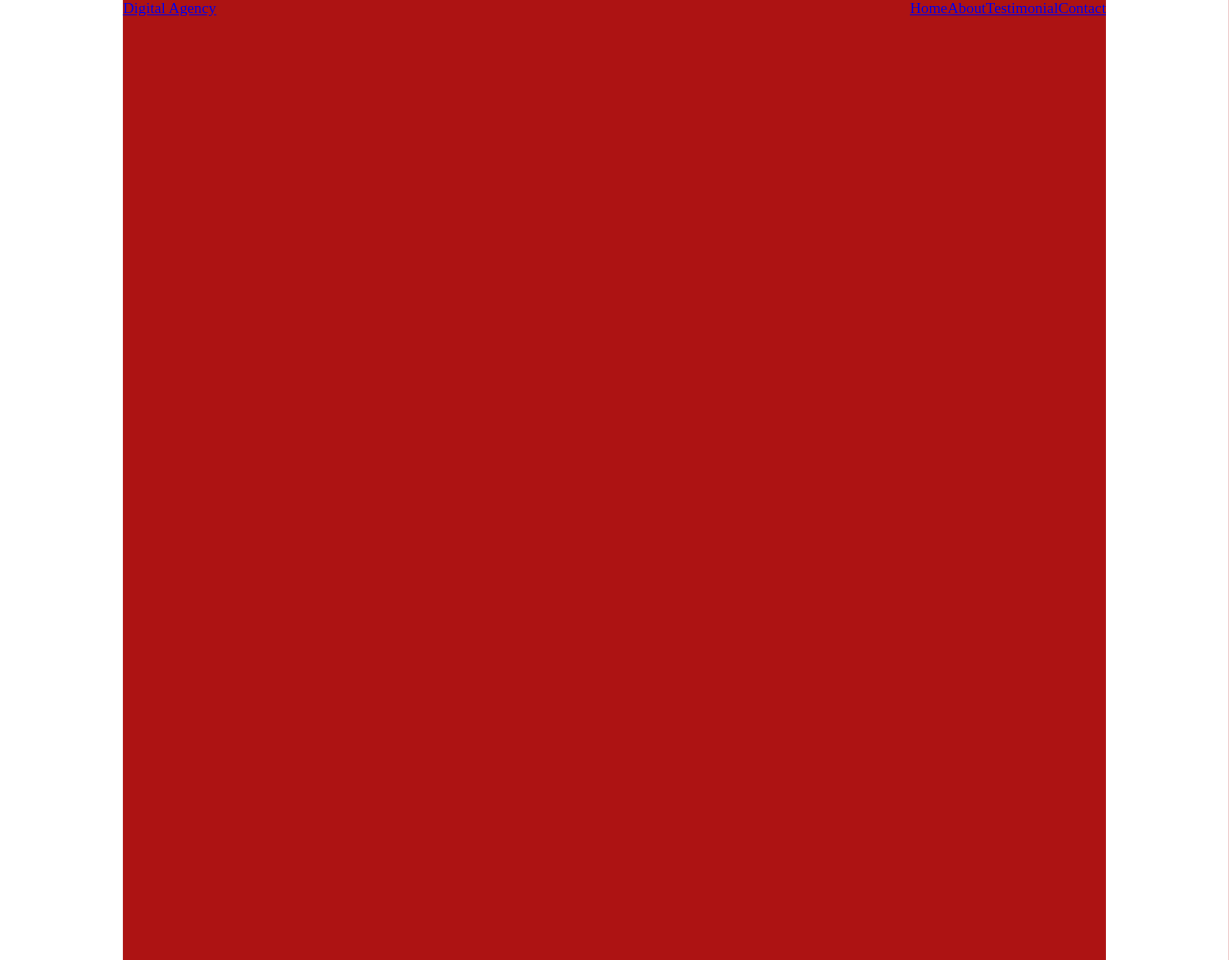
Repository: ThuatDev/fullstack_devc
Page: index.html
These files come from the project's save history. The page is drawn as it stood at one moment and after the next save; the edit follows.
The browser window is 1280 px wide. The pictures show the whole page, at 96% of full size.

Above is the page before, as saved 2022-11-09 15:51:30.

### index.html
<!DOCTYPE html>
<html lang="en">
  <head>
    <meta charset="UTF-8" />
    <meta http-equiv="X-UA-Compatible" content="IE=edge" />
    <meta name="viewport" content="width=device-width, initial-scale=1.0" />
    <link rel="stylesheet" href="./index.css" />
    <title>Digital Agency</title>
  </head>
  <body>
    <div class="container">
      <div class="navbar">
        <div class="navbar__left">
          <p class="navbar__left-logo">
            <a href="#">Digital Agency</a>
          </p>
        </div>
        <div class="navbar__right">
          <ul class="navbar__right-list">
            <li><a href="#">Home</a></li>
            <li><a href="#">About</a></li>
            <li><a href="#">Testimonial</a></li>
            <li><a href="#">Contact</a></li>
          </ul>
        </div>
      </div>
    </div>
  </body>
</html>

### index.css
* {
  padding: 0;
  margin: 0;
  box-sizing: border-box;
}
.container {
  width: 80%;
  height: 1000px;
  background-color: #ad1313;
  margin: 0 auto;
}

/* nav bar*/
.navbar {
  display: flex;
  justify-content: space-between;
}
.navbar > .navbar__right > .navbar__right-list {
  display: flex;
}
.navbar > .navbar__right > .navbar__right-list li {
  list-style: none;
}

After the next save:
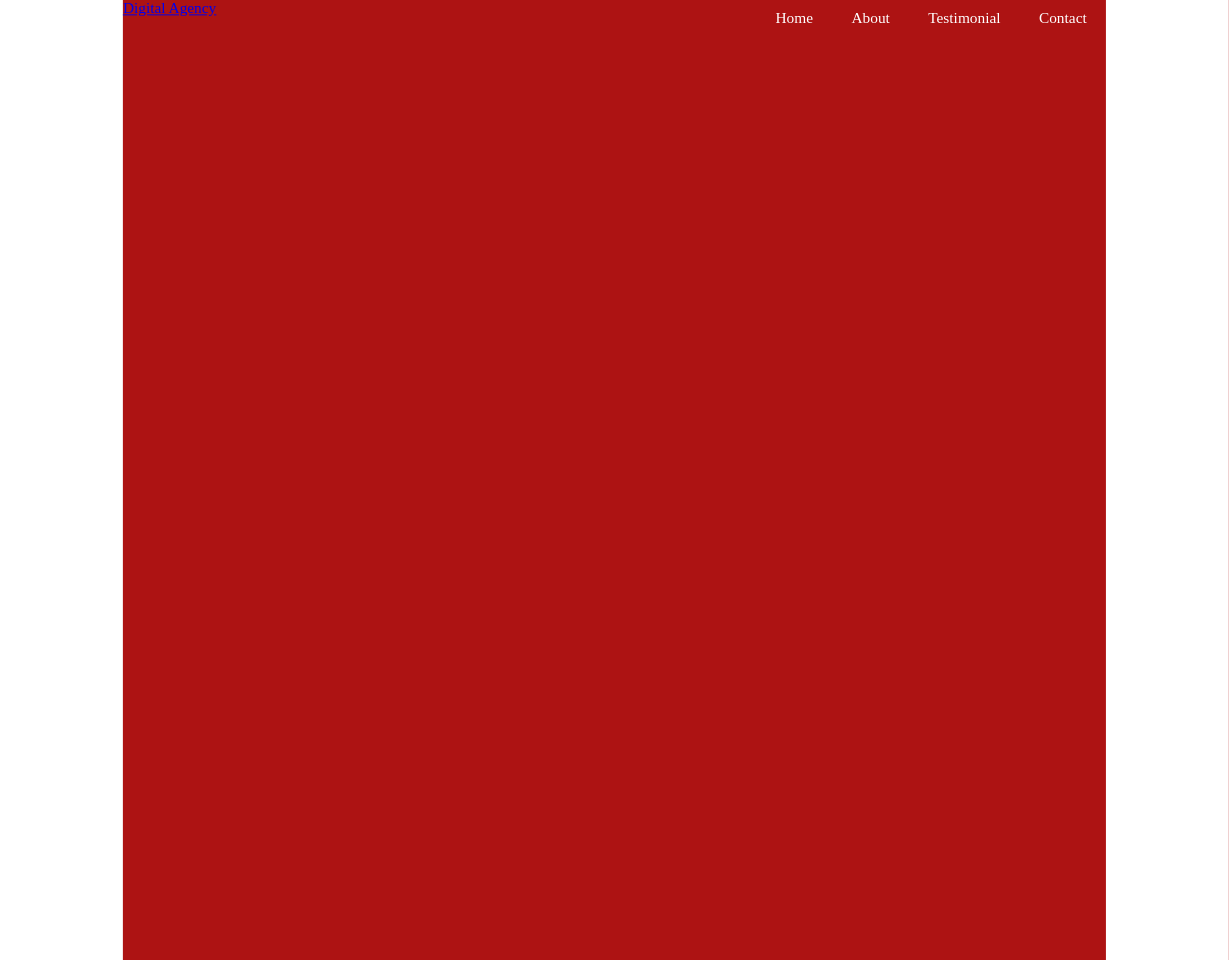
Saved 17 s later.
--- a/index.css
+++ b/index.css
@@ -21,3 +21,9 @@
 .navbar > .navbar__right > .navbar__right-list li {
   list-style: none;
 }
+.navbar > .navbar__right > .navbar__right-list li a {
+  text-decoration: none;
+  color: #fff;
+  padding: 10px 20px;
+  display: block;
+}
